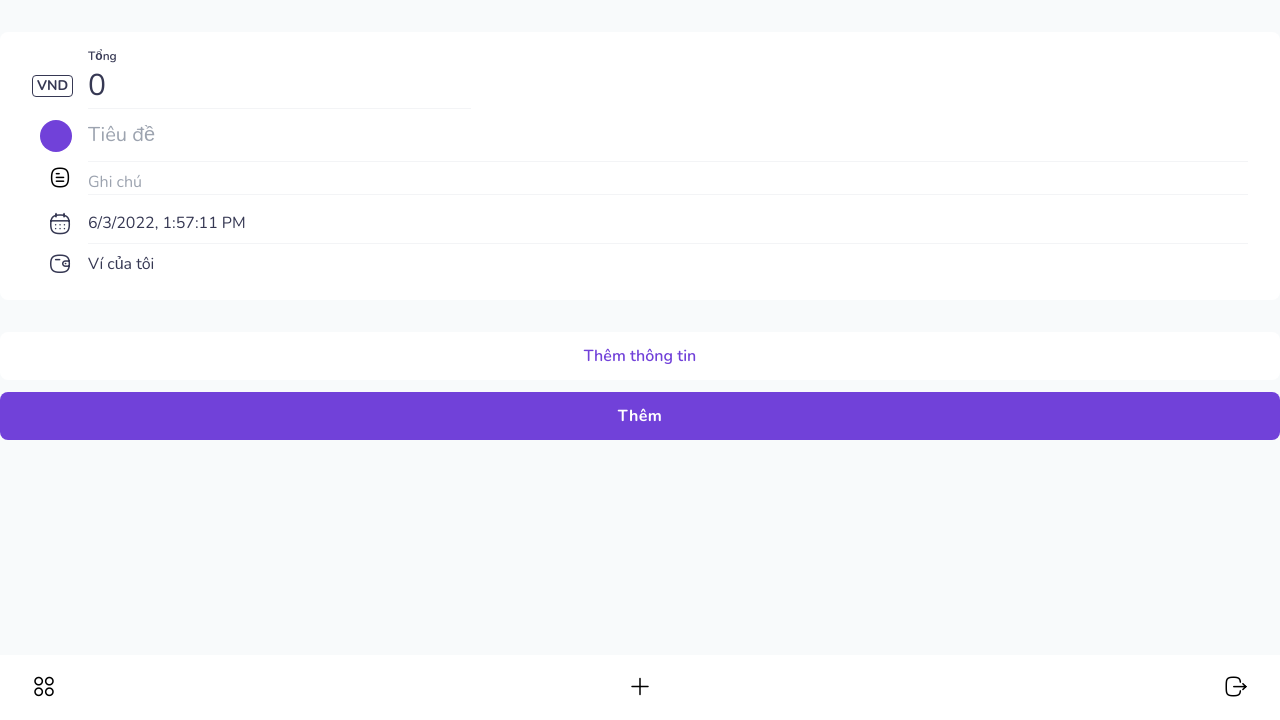
Repository: diinn/money-task
Page: /new-transaction
The author's editor kept a copy of each file at every save. The page is drawn from the files as they stood at one save, then again after the next save.
The browser window is 1280 px wide. The pictures show the whole page.
The project was rebuilt for these pictures with package versions that can differ from the ones it lists, and the page was loaded fresh each time.

Above is the page before, as saved 2022-06-04 09:19:15.

### public/index.html
<!DOCTYPE html>
<html lang="">
  <head>
    <meta charset="utf-8" />
    <meta http-equiv="X-UA-Compatible" content="IE=edge" />
    <meta
      name="viewport"
      content="width=device-width,initial-scale=1.0,viewport-fit=cover"
    />
    <link rel="icon" href="<%= BASE_URL %>favicon.ico" />
    <title>Money Task</title>

    <link rel="preconnect" href="https://fonts.googleapis.com" />
    <link rel="preconnect" href="https://fonts.gstatic.com" crossorigin />
    <link
      href="https://fonts.googleapis.com/css2?family=Nunito:ital,wght@0,200;0,300;0,400;0,500;0,600;0,700;0,800;0,900;1,200;1,300;1,400;1,500;1,600;1,700;1,800;1,900&display=swap"
      rel="stylesheet"
    />
  </head>
  <body>
    <noscript>
      <strong
        >We're sorry but <%= htmlWebpackPlugin.options.title %> doesn't work
        properly without JavaScript enabled. Please enable it to
        continue.</strong
      >
    </noscript>
    <div id="app"></div>
    <!-- built files will be auto injected -->
  </body>
</html>

### src/main.js
import { createApp } from "vue";
import App from "./App.vue";
import router from "./router";

import "./assets/styles/tailwind.css";
import "./assets/styles/global.css";

import { registerGlobalComponents } from "@/utils/import";

import { projectAuth } from "@/configs/firebase";

let app;

projectAuth.onAuthStateChanged(() => {
  if (!app) {
    app = createApp(App);

    registerGlobalComponents(app);

    app.use(router);

    app.mount("#app");
  }
});

### src/App.vue
<template>
  <component :is="layout">
    <router-view />
  </component>
</template>

<script>
import { computed } from "vue";

import { PUBLIC_LAYOUT } from "@/constants";
import { useRoute } from "vue-router";
export default {
  setup() {
    const route = useRoute();
    return {
      layout: computed(() => (route.meta.layout || PUBLIC_LAYOUT) + "-layout"),
    };
  },
};
</script>

### src/router/index.js
import { createRouter, createWebHistory } from "vue-router";
import { projectAuth } from "@/configs/firebase";

// auth guard
const requireAuth = (to, from, next) => {
  const user = projectAuth.currentUser;

  // ckeck neu chua dang nhap se chuyen ve trang dang nhap
  if (!user) next({ name: "Login", params: {} });
  else next();
};

const routes = [
  {
    path: "/",
    name: "Home",
    meta: {
      text: "Trang chủ",
      leading: false,
      isShowFooter: true,
    },
    component: () =>
      import(/* webpackChunkName: "home" */ "../views/index.vue"),
    beforeEnter: requireAuth,
  },
  {
    path: "/register",
    name: "Register",
    meta: {
      layout: "auth",
    },
    component: () =>
      import(/* webpackChunkName: "about" */ "../views/register.vue"),
  },
  {
    path: "/login",
    name: "Login",
    meta: {
      layout: "auth",
    },
    component: () =>
      import(/* webpackChunkName: "login" */ "../views/login.vue"),
  },
  {
    path: "/logout",
    name: "Logout",
    meta: {
      layout: "auth",
    },
    component: () =>
      import(/* webpackChunkName: "logout" */ "../views/logout.vue"),
  },
  {
    path: "/new-transaction",
    name: "NewTransaction",
    meta: {
      text: "Giao dịch mới",
      leading: false,
      isShowFooter: true,
    },
    component: () =>
      import(
        /* webpackChunkName: "new-transaction" */ "../views/new-transaction.vue"
      ),
  },
  // home
  {
    path: "/transactions",
    name: "Transactions",
    meta: {
      text: "Các giao dịch",
      leading: false,
      isShowFooter: true,
    },
    component: () =>
      import(
        /* webpackChunkName: "transactions" */ "../views/transactions.vue"
      ),
  },
  {
    path: "/version",
    name: "Version",
    meta: {
      text: "Thông tin phiên bản",
      leading: false,
      isShowFooter: true,
    },
    component: () =>
      import(/* webpackChunkName: "version" */ "../views/version.vue"),
  },
];

const router = createRouter({
  history: createWebHistory(process.env.BASE_URL),
  routes,
});

export default router;

### src/assets/styles/tailwind.css
@tailwind base;
@tailwind components;
@tailwind utilities;

@layer utilities {
  .p-b-safe-4 {
    padding-bottom: calc(1rem + env(safe-area-inset-bottom));
  }
}

### src/assets/styles/global.css
body {
  @apply bg-dark-light;

  font-size: 16px;
  font-family: "Nunito", sans-serif;
}

@font-face {
  font-family: "t2ico";
  src: url("../fonts/t2ico.eot?84r94p");
  src: url("../fonts/t2ico.eot?84r94p#iefix") format("embedded-opentype"),
    url("../fonts/t2ico.ttf?84r94p") format("truetype"),
    url("../fonts/t2ico.woff?84r94p") format("woff"),
    url("../fonts/t2ico.svg?84r94p#t2ico") format("svg");
  font-weight: normal;
  font-style: normal;
  font-display: block;
}

i {
  /* use !important to prevent issues with browser extensions that change fonts */
  font-family: "t2ico" !important;
  speak: never;
  font-style: normal;
  font-weight: normal;
  font-variant: normal;
  text-transform: none;
  line-height: 1;

  /* Better Font Rendering =========== */
  -webkit-font-smoothing: antialiased;
  -moz-osx-font-smoothing: grayscale;
}

.t2ico-users:before {
  content: "\e915";
  color: inherit;
}
.t2ico-arrow-right:before {
  content: "\e916";
  color: inherit;
}
.t2ico-calendar:before {
  content: "\e917";
  color: inherit;
}
.t2ico-camera:before {
  content: "\e918";
  color: inherit;
}
.t2ico-category:before {
  content: "\e919";
  color: inherit;
}
.t2ico-chart:before {
  content: "\e91a";
  color: inherit;
}
.t2ico-document:before {
  content: "\e91b";
  color: inherit;
}
.t2ico-filter:before {
  content: "\e91c";
  color: inherit;
}
.t2ico-info-square:before {
  content: "\e91d";
  color: inherit;
}
.t2ico-location:before {
  content: "\e91e";
  color: inherit;
}
.t2ico-logout:before {
  content: "\e91f";
  color: inherit;
}
.t2ico-notification:before {
  content: "\e920";
  color: inherit;
}
.t2ico-plus:before {
  content: "\e921";
  color: inherit;
}
.t2ico-presentation:before {
  content: "\e922";
  color: inherit;
}
.t2ico-profile:before {
  content: "\e923";
  color: inherit;
}
.t2ico-setting:before {
  content: "\e924";
  color: inherit;
}
.t2ico-lock:before {
  content: "\e925";
  color: inherit;
}
.t2ico-ticket-star:before {
  content: "\e926";
  color: inherit;
}
.t2ico-trending-down:before {
  content: "\e927";
  color: inherit;
}
.t2ico-trending-up:before {
  content: "\e928";
  color: inherit;
}
.t2ico-wallet:before {
  content: "\e929";
  color: inherit;
}

### src/utils/import.js
import { defineAsyncComponent } from "vue";

export function registerGlobalComponents(app) {
  app.component(
    "auth-layout",
    defineAsyncComponent(() => import("@/layouts/auth"))
  );

  app.component(
    "default-layout",
    defineAsyncComponent(() => import("@/layouts/default"))
  );
}

### src/configs/firebase.js
import firebase from "firebase/compat/app";
import "firebase/compat/auth";
import "firebase/compat/storage";
import "firebase/compat/firestore";

// For Firebase JS SDK v7.20.0 and later, measurementId is optional
const firebaseConfig = {
  apiKey: "AIzaSyCowuZ2FTbw01zriaXvG1eeD9nPDWOIXiI",
  authDomain: "moneytask-935ed.firebaseapp.com",
  projectId: "moneytask-935ed",
  storageBucket: "moneytask-935ed.appspot.com",
  messagingSenderId: "1048123753940",
  appId: "1:1048123753940:web:eddcbf0324c3768a910241",
  measurementId: "G-GKGHS11ZKY",
};

firebase.initializeApp(firebaseConfig);

const projectAuth = firebase.auth();
const projectStorage = firebase.storage();
const projectFirestore = firebase.firestore();

const timeStamp = firebase.firestore.FieldValue.serverTimestamp;

export { projectAuth, projectStorage, projectFirestore, timeStamp };

### src/constants/index.js
export const PUBLIC_LAYOUT = "default";

export const PROFILE_OPTIONS = [
  {
    name: "Các giao dịch",
    icon: "t2ico-ticket-star",
    route: {
      name: "Transactions",
      params: {},
    },
  },
  {
    name: "Thông tin phiên bản",
    icon: "t2ico-info-square",
    route: {
      name: "Version",
      params: {},
    },
  },
];

export const NAVIGATION_BOTTOM_ITEMS = [
  {
    icon: "t2ico-category",
    text: "Home",
    name: "Home",
  },
  {
    icon: "t2ico-plus",
    text: "NewTransaction",
    name: "NewTransaction",
  },
  {
    icon: "t2ico-logout",
    text: "Logout",
    name: "Logout",
  },
];

### src/views/new-transaction.vue
<template>
  <form @submit.prevent="onSubmit">
    <!-- start: main from -->
    <div class="row mt-8">
      <div class="bg-white rounded-lg py-4">
        <div class="container mx-auto px-8">
          <div class="row">
            <label for="total" class="flex items-end">
              <div class="w-10 text-right leading-10 mr-4 pb-1">
                <span
                  class="inline-block px-1 text-dark border border-dark rounded text-sm font-bold"
                  >VND</span
                >
              </div>
              <div class="flex flex-col border-b border-gray-100 pb-1">
                <span class="font-semibold text-xs text-dark">Tổng</span>
                <input
                  id="total"
                  class="text-3xl text-dark w-full outline-none mt-1"
                  type="number"
                  placeholder="0"
                  v-model="total"
                />
              </div>
            </label>
          </div>
          <div class="row">
            <label for="category" class="flex items-center">
              <div
                class="flex items-center flex-none w-10 text-right leading-10 mr-4"
              >
                <span
                  class="inline-block ml-auto w-8 h-8 rounded-full bg-primary"
                ></span>
              </div>
              <div class="flex-1 border-b border-gray-100 py-3">
                <input
                  id="category"
                  class="text-xl text-dark w-full outline-none"
                  type="text"
                  placeholder="Tiêu đề"
                  v-model="category"
                />
              </div>
            </label>
          </div>
          <div class="row">
            <label for="note" class="flex items-center">
              <div
                class="flex items-center flex-none w-10 text-right leading-10 mr-4"
              >
                <span class="flex-none w-10 mr-4">
                  <i class="t2ico t2ico-document text-2xl"></i>
                </span>
              </div>
              <div class="flex-1 border-b border-gray-100">
                <input
                  id="note"
                  class="text-dark w-full outline-none"
                  type="text"
                  placeholder="Ghi chú"
                  v-model="note"
                />
              </div>
            </label>
          </div>
          <div class="row">
            <label for="time" class="flex items-center">
              <div class="flex-none w-10 mr-4">
                <span class="flex items-center justify-end text-dark">
                  <i class="t2ico t2ico-calendar text-2xl"></i>
                </span>
              </div>
              <div class="flex-1 py-2 border-b border-gray-100">
                <div class="text-dark w-full">
                  {{ new Date().toLocaleString() }}
                </div>
              </div>
            </label>
          </div>
          <div class="row">
            <label for="wallet" class="flex items-center">
              <div class="flex-none w-10 mr-4">
                <span class="flex items-center justify-end text-dark">
                  <i class="t2ico t2ico-wallet text-2xl"></i>
                </span>
              </div>
              <div class="flex-1 py-2">
                <div class="text-dark w-full">Ví của tôi</div>
              </div>
            </label>
          </div>
        </div>
      </div>
    </div>
    <!-- end: main from -->

    <div v-if="!isMoreDetails" class="row mt-8">
      <button
        @click="isMoreDetails = true"
        class="bg-white rounded-lg py-3 w-full text-primary font-semibold"
      >
        Thêm thông tin
      </button>
    </div>

    <!-- start: more details -->
    <template v-if="isMoreDetails">
      <div class="row mt-8">
        <div class="bg-white rounded-lg py-4">
          <div class="container mx-auto px-8">
            <div class="row">
              <label for="location" class="flex items-center">
                <div
                  class="flex items-center flex-none w-10 text-right leading-10 mr-4"
                >
                  <span class="flex-none w-10 mr-4">
                    <i class="t2ico t2ico-location text-2xl"></i>
                  </span>
                </div>
                <div class="flex-1 border-b border-gray-100">
                  <input
                    id="location"
                    class="text-dark w-full outline-none"
                    type="text"
                    placeholder="Tại"
                    v-model="location"
                  />
                </div>
              </label>
            </div>
            <div class="row">
              <label for="withPerson" class="flex items-center">
                <div
                  class="flex items-center flex-none w-10 text-right leading-10 mr-4"
                >
                  <span class="flex-none w-10 mr-4">
                    <i class="t2ico t2ico-users text-2xl"></i>
                  </span>
                </div>
                <div class="flex-1 border-b border-gray-100">
                  <input
                    id="withPerson"
                    class="text-dark w-full outline-none"
                    type="text"
                    placeholder="Với"
                    v-model="withPerson"
                  />
                </div>
              </label>
            </div>
          </div>
        </div>
      </div>

      <!-- start: upload photos -->
      <div class="row mt-8">
        <div class="bg-white rounded-lg py-4">
          <div class="container mx-auto px-8">
            <div class="row">
              <label
                for="file"
                class="flex items-center text-primary font-bold"
              >
                <div class="flex-none w-10 mr-4">
                  <span class="flex items-center justify-end">
                    <i class="t2ico t2ico-camera text-2xl"></i>
                  </span>
                </div>
                <div class="flex-1 py-2">
                  <div class="w-full font-semibold">Thêm ảnh</div>
                  <input
                    id="file"
                    type="file"
                    class="hidden"
                    @change="onChangeFile"
                  />
                </div>
              </label>
            </div>
          </div>
        </div>
        <div class="text-red my-3 pl-2">{{ errorFile }}</div>
      </div>
      <!-- end: upload photos -->
    </template>
    <!-- end: more details -->

    <div class="flex w-full justify-center mt-3">
      <button
        type="submit"
        class="w-full py-3 text-center px-8 bg-primary text-white font-bold rounded-lg tracking-wide"
      >
        Thêm
      </button>
    </div>
  </form>
</template>

<script>
import { ref } from "vue";

import { useUser } from "@/composables/useUser";

import useCollection from "@/composables/useCollection";

import useStorage from "@/composables/useStorage";
export default {
  setup() {
    const isMoreDetails = ref(false);
    const { getUser } = useUser();
    const { error, addRecord } = useCollection("transactions");
    const { url, uploadFile } = useStorage("transactions");

    const total = ref(0);
    const category = ref("");
    const note = ref("");
    const time = ref(new Date());
    const location = ref("");
    const withPerson = ref("");
    const file = ref(null);
    const errorFile = ref(null);

    function onChangeFile(event) {
      const selected = event.target.files[0];

      const typesOfFile = ["image/png", "image/jpg", "image/jpeg"];

      if (selected && typesOfFile.includes(selected.type)) {
        file.value = selected;
      } else {
        file.value = null;
        errorFile.value = "Vui lòng chọn ảnh có định dạng PNG, JPG hoặc JPEG!";
      }
    }

    async function onSubmit() {
      if (file.value) await uploadFile(file.value);

      const { user } = getUser();

      const transaction = {
        total: parseInt(total.value),
        category: category.value,
        note: note.value,
        time: time.value,
        userId: user.value.uid,
        location: location.value,
        withPerson: withPerson.value,
        thumbnail: url.value,
      };

      await addRecord(transaction);

      console.log(error);
      console.log("Created");
    }

    return {
      isMoreDetails,
      total,
      category,
      note,
      time,
      location,
      withPerson,
      errorFile,
      onChangeFile,
      onSubmit,
    };
  },
};
</script>

### src/layouts/default.vue
<template>
  <navigation-header />
  <slot />
  <navigation-bottom v-if="meta.isShowFooter" />
</template>

<script>
import { computed } from "vue";
import { useRoute } from "vue-router";

import NavigationHeader from "@/components/NavigationHeader.vue";
import NavigationBottom from "@/components/NavigationBottom.vue";
export default {
  components: {
    NavigationHeader,
    NavigationBottom,
  },
  setup() {
    const route = useRoute();
    return {
      meta: computed(() => route.meta),
    };
  },
};
</script>

### src/composables/useUser.js
import { ref } from "vue";
import { projectAuth } from "@/configs/firebase";

const user = ref(projectAuth.currentUser);

projectAuth.onAuthStateChanged(function (_user) {
  if (_user) user.value = _user;
});

function getUser() {
  return { user };
}

export function useUser() {
  return { getUser };
}

### src/composables/useCollection.js
import { ref } from "vue";
import { projectFirestore } from "@/configs/firebase";

const useCollection = (name) => {
  const error = ref(null);

  async function addRecord(record) {
    error.value = null;
    try {
      const response = await projectFirestore.collection(name).add(record);
      return response;
    } catch (err) {
      console.log(err);
      error.value = err.message;
    }
  }

  // function getRecord() {
  //   const response = projectFirestore.collection("transactions").get();
  //   const result = response.docs.map((doc) => {
  //     return { ...doc.data(), id: doc.id };
  //   });
  //   return result;
  // }

  return { error, addRecord };
};

export default useCollection;

### src/composables/useStorage.js
import { ref } from "vue";
import { projectStorage } from "@/configs/firebase";
import { useUser } from "@/composables/useUser";

const { getUser } = useUser();
const { user } = getUser();

const useStorage = (name) => {
  const error = ref(null);
  const filePath = ref(null);
  const url = ref(null);

  async function uploadFile(file) {
    filePath.value = `${name}/${user.value.uid}/${file.name}`;

    const fileRef = projectStorage.ref(filePath.value);

    try {
      const response = await fileRef.put(file);

      url.value = await response.ref.getDownloadURL();
      return url.value;
    } catch (err) {
      console.log(err);
      error.value = err.message;
    }
  }
  return { error, filePath, url, uploadFile };
};

export default useStorage;

### src/components/NavigationHeader.vue
<template>
  <header id="header" class="pt-8 fixed inset-x-0 top-0 bg-dark-light">
    <div class="container mx-auto px-8">
      <div class="flex justify-between items-center">
        <div v-if="user" class="flex items-center">
          <div
            v-if="meta.leading"
            class="w-10 h-10 overflow-hidden rounded-full"
          >
            <img
              class="w-full h-auto object-cover"
              src="https://i.pinimg.com/550x/e0/16/c8/e016c8070505d6f64862fbd27555941d.jpg"
              alt="User's Avatar"
              size="sm"
            />
          </div>
          <h1 class="text-xl font-bold text-dark ml-2">
            {{ meta.text }}
          </h1>
        </div>
        <!-- <div class="flex">
          <ul>
            <button type="submit" class="text-primary font-bold">Thêm</button>
          </ul>
        </div> -->
      </div>
    </div>
  </header>
</template>

<script>
import { computed } from "vue";
import { useRoute } from "vue-router";
import { useUser } from "@/composables/useUser";

export default {
  setup() {
    const route = useRoute();

    const { getUser } = useUser();
    const { user } = getUser();

    return {
      user,
      meta: computed(() => route.meta),
    };
  },
};
</script>

### src/components/NavigationBottom.vue
<template>
  <footer
    id="footer"
    class="fixed w-full bottom-0 left-0 bg-white pt-4 p-b-safe-4"
  >
    <div class="container mx-auto px-8 h-full">
      <ul class="flex justify-between items-center h-full">
        <li v-for="navItem in navItems" :key="navItem.name">
          <router-link :to="{ name: navItem.name, params: {} }">
            <i class="t2ico text-2xl" :class="navItem.icon"></i>
          </router-link>
        </li>
      </ul>
    </div>
  </footer>
</template>

<script>
import { reactive } from "vue";

import { NAVIGATION_BOTTOM_ITEMS } from "@/constants/index";
export default {
  setup() {
    const navItems = reactive(NAVIGATION_BOTTOM_ITEMS);
    return { navItems };
  },
};
</script>

### tailwind.config.js
module.exports = {
  content: [],
  theme: {
    extend: {
      colors: {
        primary: "#7141d9",
        "primary-second": "#a772f2",
        dark: "#363853",
        green: "#67d4ca",
        red: "#f28080",
        "dark-light": "#f8fafb",
      },
    },
  },
  plugins: [],
};

After the next save:
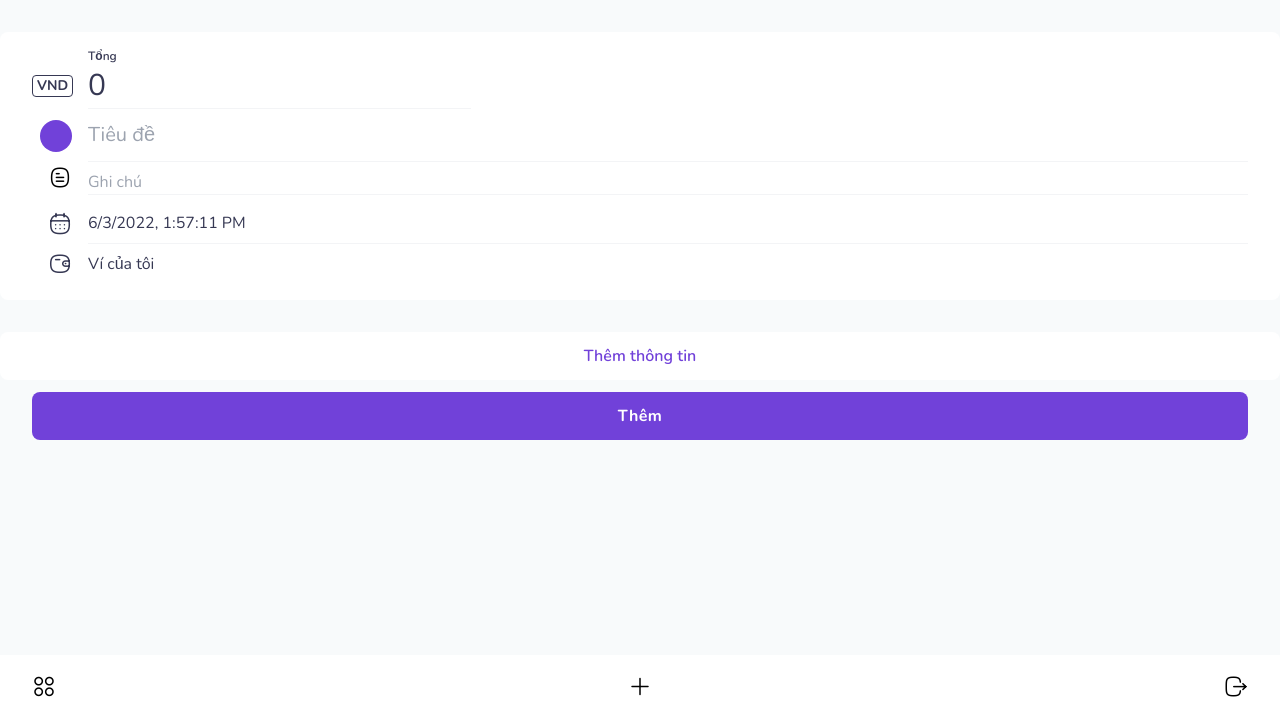
Saved 2 min 10 s later.
--- a/src/views/new-transaction.vue
+++ b/src/views/new-transaction.vue
@@ -186,10 +186,10 @@
     </template>
     <!-- end: more details -->
 
-    <div class="flex w-full justify-center mt-3">
+    <div class="flex w-full justify-center px-8 mt-3">
       <button
         type="submit"
-        class="w-full py-3 text-center px-8 bg-primary text-white font-bold rounded-lg tracking-wide"
+        class="w-full py-3 text-center bg-primary text-white font-bold rounded-lg tracking-wide"
       >
         Thêm
       </button>
